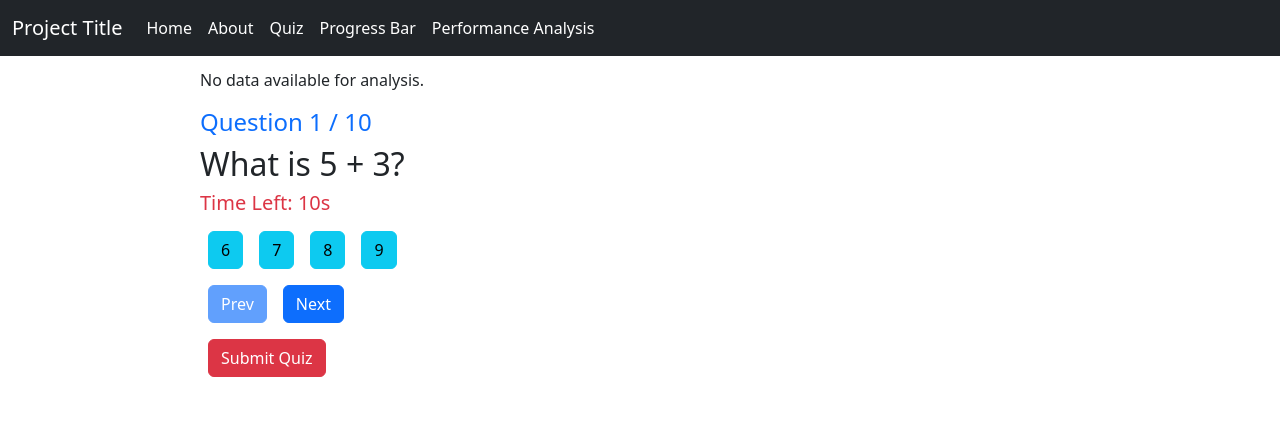
Repository: rahul-chakradhari/devquest
Page: /quiz (app in project/)
An editor plug-in stored every save of this project. The page is shown before and after the next save, followed by the edit.
The browser window is 1280 px wide. The pictures show the whole page.
The project was rebuilt for these pictures with package versions that can differ from the ones it lists, and the page was loaded fresh each time. Also part of the build but not shown: project/vite.config.js, project/src/components/Home.jsx, project/src/components/About.jsx, project/src/components/PerformanceAnalysis.jsx, project/src/index.css.

Above is the page before, as saved 2025-02-23 16:28:41.

### project/index.html
<!DOCTYPE html>
<html lang="en">
  <head>
    <meta charset="UTF-8" />
    <link rel="icon" type="image/svg+xml" href="/vite.svg" />
    <meta name="viewport" content="width=device-width, initial-scale=1.0" />
    <title>Project</title>
    <link
      href="https://cdn.jsdelivr.net/npm/bootstrap@5.3.3/dist/css/bootstrap.min.css"
      rel="stylesheet"
      integrity="sha384-QWTKZyjpPEjISv5WaRU9OFeRpok6YctnYmDr5pNlyT2bRjXh0JMhjY6hW+ALEwIH"
      crossorigin="anonymous"
    />
  </head>
  <body>
    <div id="root"></div>
    <script type="module" src="/src/main.jsx"></script>
    <script
      src="https://cdn.jsdelivr.net/npm/bootstrap@5.3.3/dist/js/bootstrap.bundle.min.js"
      integrity="sha384-YvpcrYf0tY3lHB60NNkmXc5s9fDVZLESaAA55NDzOxhy9GkcIdslK1eN7N6jIeHz"
      crossorigin="anonymous"
    ></script>
  </body>
</html>

### project/src/App.jsx
import { useState } from "react";
import "./App.css";
import React from "react";
import { BrowserRouter as Router, Routes, Route } from "react-router-dom";
import Navbar from "./components/Navbar";
import Home from "./components/Home";
import About from "./components/About";
import Quiz from "./components/Quiz";
import ProgressBar from "./components/ProgressBar";
import PerformanceAnalysis from "./components/PerformanceAnalysis";

function App() {
  const [count, setCount] = useState(0);
  const [questionStats, setQuestionStats] = useState({});
  return (
    <>
      <Router>
        <Navbar />
        <Routes>
          <Route path="/about" element={<About />} />
          <Route path="/" element={<Home />} />
          <Route path="/quiz" element={<Quiz />} />
          <Route path="/bar" element={<ProgressBar />} />
          <Route
            path="/ana"
            element={
              <PerformanceAnalysis questionStats={questionStats || {}} />
            }
          />
        </Routes>
      </Router>
    </>
  );
}

export default App;

### project/src/App.css
.right {
  width: 900px;
  height: 400px;
}
.stl,
.welcome {
  margin-left: 600px;
}
.left {
  font-size: 12px; /* Overall text size kam hoga */
}

.welcome {
  font-size: 18px; /* Heading ke liye */
}

.stl {
  font-size: 12px; /* Description text ke liye */
}
.welcome {
  margin-top: 2px;
}

.quiz-container {
  margin-left: 200px;
  margin-top: 12px;
}
.about {
  margin-left: 12px;
  margin-top: 12px;
}
.progress {
  margin-right: 142px;
}

### project/src/components/Navbar.jsx
import React from "react";
import { Link } from "react-router-dom";

const Navbar = () => {
  return (
    <nav className="navbar navbar-expand-lg navbar-dark bg-dark">
      <div className="container-fluid">
        <Link className="navbar-brand" to="/">
          Project Title
        </Link>
        <button
          className="navbar-toggler"
          type="button"
          data-bs-toggle="collapse"
          data-bs-target="#navbarSupportedContent"
          aria-controls="navbarSupportedContent"
          aria-expanded="false"
          aria-label="Toggle navigation"
        >
          <span className="navbar-toggler-icon"></span>
        </button>
        <div className="collapse navbar-collapse" id="navbarSupportedContent">
          <ul className="navbar-nav me-auto mb-2 mb-lg-0">
            <li className="nav-item">
              <Link className="nav-link active" to="/">
                Home
              </Link>
            </li>
            <li className="nav-item">
              <Link className="nav-link active" to="/about">
                About
              </Link>
            </li>
            <li className="nav-item">
              <Link className="nav-link active" to="/quiz">
                Quiz
              </Link>
            </li>
            <li className="nav-item">
              <Link className="nav-link active" to="/bar">
                Progress Bar
              </Link>
            </li>
            <li className="nav-item">
              <Link className="nav-link active" to="/ana">
                Performance Analysis
              </Link>
            </li>
          </ul>
        </div>
      </div>
    </nav>
  );
};

export default Navbar;

### project/src/components/Quiz.jsx
import React, { useState, useEffect } from "react";
import ProgressBar from "./ProgressBar";

const questions = [
  { question: "What is 5 + 3?", options: ["6", "7", "8", "9"], answer: "8" },
  { question: "What is 12 - 4?", options: ["6", "7", "8", "9"], answer: "8" },
  {
    question: "Solve: (2 + 3) × 4",
    options: ["20", "10", "25", "30"],
    answer: "20",
  },
  { question: "What is 9 ÷ 3?", options: ["1", "3", "9", "6"], answer: "3" },
  {
    question: "Solve: 15 - (4 + 3)",
    options: ["6", "8", "9", "12"],
    answer: "8",
  },
  {
    question: "What is 7 × 2?",
    options: ["10", "12", "14", "16"],
    answer: "14",
  },
  {
    question: "Solve: (8 + 2) ÷ 2",
    options: ["2", "4", "5", "6"],
    answer: "5",
  },
  {
    question: "What is 4 × 3 - 2?",
    options: ["10", "11", "12", "14"],
    answer: "10",
  },
  { question: "Solve: 6 + 4 ÷ 2", options: ["3", "5", "8", "10"], answer: "8" },
  { question: "What is 3²?", options: ["6", "9", "12", "15"], answer: "9" },
];

const Quiz = () => {
  const [currentQuestion, setCurrentQuestion] = useState(0);
  const [selectedAnswers, setSelectedAnswers] = useState({});
  const [timeLeft, setTimeLeft] = useState(10);
  const [score, setScore] = useState(null);
  const [correctCount, setCorrectCount] = useState(0);

  useEffect(() => {
    if (timeLeft === 0) {
      handleNext();
      return;
    }
    const timer = setTimeout(() => setTimeLeft(timeLeft - 1), 1000);
    return () => clearTimeout(timer);
  }, [timeLeft]);

  useEffect(() => {
    setTimeLeft(15);
  }, [currentQuestion]);

  const calculateCorrectAnswers = (answers) => {
    return questions.reduce((count, q, index) => {
      return count + (answers[index] === q.answer ? 1 : 0);
    }, 0);
  };

  const handleAnswerClick = (option) => {
    const newAnswers = { ...selectedAnswers, [currentQuestion]: option };
    setSelectedAnswers(newAnswers);
    setCorrectCount(calculateCorrectAnswers(newAnswers));
  };

  const handleNext = () => {
    if (currentQuestion < questions.length - 1) {
      setCurrentQuestion(currentQuestion + 1);
    }
  };

  const handlePrev = () => {
    if (currentQuestion > 0) {
      setCurrentQuestion(currentQuestion - 1);
    }
  };

  const handleSubmit = () => {
    setScore(correctCount);
  };

  return (
    <div className="quiz-container">
      <ProgressBar
        answeredQuestions={Object.keys(selectedAnswers).length}
        totalQuestions={questions.length}
        correctCount={correctCount}
      />

      {score === null ? (
        <>
          <h4 className="text-primary">
            Question {currentQuestion + 1} / {questions.length}
          </h4>
          <h2>{questions[currentQuestion].question}</h2>
          <h5 className="text-danger">Time Left: {timeLeft}s</h5>

          <div className="options mt-3">
            {questions[currentQuestion].options.map((option, index) => {
              const isSelected = selectedAnswers[currentQuestion] === option;
              return (
                <button
                  key={index}
                  type="button"
                  className={`btn ${
                    isSelected ? "btn-success" : "btn-info"
                  } mx-2`}
                  onClick={() => handleAnswerClick(option)}
                >
                  {option}
                </button>
              );
            })}
          </div>

          <div className="quiz-controls mt-3">
            <button
              type="button"
              className="btn btn-primary mx-2"
              onClick={handlePrev}
              disabled={currentQuestion === 0}
            >
              Prev
            </button>

            {currentQuestion < questions.length - 1 && (
              <button
                type="button"
                className="btn btn-primary mx-2"
                onClick={handleNext}
              >
                Next
              </button>
            )}
          </div>

          <div className="submit-section mt-3">
            <button
              type="button"
              className="btn btn-danger mx-2"
              onClick={handleSubmit}
            >
              Submit Quiz
            </button>
          </div>
        </>
      ) : (
        <>
          <h2 className="text-success">Quiz Completed!</h2>
          <h3 className="text-primary">
            Your Score: {score} / {questions.length}
          </h3>
        </>
      )}
    </div>
  );
};

export default Quiz;

### project/src/components/ProgressBar.jsx
import React from "react";

const PerformanceAnalysis = ({ questionStats = {} }) => {
  // Ensure questionStats is always an object
  if (!questionStats || typeof questionStats !== "object") {
    return <p className="text-red-600">Invalid data provided for analysis.</p>;
  }

  // If questionStats is empty, show a message instead of crashing
  const operationCounts = Object.entries(questionStats || {});

  if (operationCounts.length === 0) {
    return <p className="text-red-600">No data available for analysis.</p>;
  }

  // Finding max & min attempted operations
  const maxCount = Math.max(...Object.values(questionStats));
  const minCount = Math.min(...Object.values(questionStats));

  // Identify strengths (most attempted) and weaknesses (least attempted)
  const strengths = operationCounts
    .filter(([_, count]) => count === maxCount)
    .map(([operation]) => operation);

  const weaknesses = operationCounts
    .filter(([_, count]) => count === minCount)
    .map(([operation]) => operation);

  return (
    <div className="p-4 bg-white rounded-lg shadow-md">
      <h2 className="text-xl font-semibold">Final Score Summary</h2>

      <h3 className="mt-4 font-semibold text-green-600">Strengths</h3>
      <ul>
        {strengths.length > 0 ? (
          strengths.map((s, index) => <li key={index}>✅ {s}</li>)
        ) : (
          <li>None</li>
        )}
      </ul>

      <h3 className="mt-4 font-semibold text-red-600">Weaknesses</h3>
      <ul>
        {weaknesses.length > 0 ? (
          weaknesses.map((w, index) => <li key={index}>❌ {w}</li>)
        ) : (
          <li>None</li>
        )}
      </ul>
    </div>
  );
};

export default PerformanceAnalysis;

Loaded but not shown: project/src/main.jsx (common file)

After the next save:
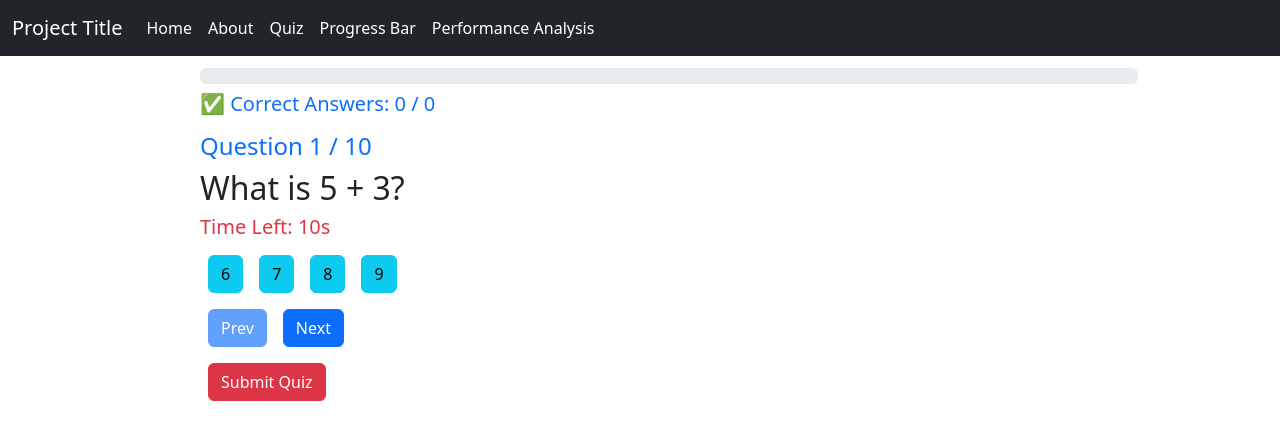
Saved 14 s later.
--- a/project/src/components/ProgressBar.jsx
+++ b/project/src/components/ProgressBar.jsx
@@ -1,54 +1,24 @@
 import React from "react";
 
-const PerformanceAnalysis = ({ questionStats = {} }) => {
-  // Ensure questionStats is always an object
-  if (!questionStats || typeof questionStats !== "object") {
-    return <p className="text-red-600">Invalid data provided for analysis.</p>;
-  }
-
-  // If questionStats is empty, show a message instead of crashing
-  const operationCounts = Object.entries(questionStats || {});
-
-  if (operationCounts.length === 0) {
-    return <p className="text-red-600">No data available for analysis.</p>;
-  }
-
-  // Finding max & min attempted operations
-  const maxCount = Math.max(...Object.values(questionStats));
-  const minCount = Math.min(...Object.values(questionStats));
-
-  // Identify strengths (most attempted) and weaknesses (least attempted)
-  const strengths = operationCounts
-    .filter(([_, count]) => count === maxCount)
-    .map(([operation]) => operation);
-
-  const weaknesses = operationCounts
-    .filter(([_, count]) => count === minCount)
-    .map(([operation]) => operation);
+const ProgressBar = ({ answeredQuestions, totalQuestions, correctCount }) => {
+  const progressPercentage = (answeredQuestions / totalQuestions) * 100;
 
   return (
-    <div className="p-4 bg-white rounded-lg shadow-md">
-      <h2 className="text-xl font-semibold">Final Score Summary</h2>
-
-      <h3 className="mt-4 font-semibold text-green-600">Strengths</h3>
-      <ul>
-        {strengths.length > 0 ? (
-          strengths.map((s, index) => <li key={index}>✅ {s}</li>)
-        ) : (
-          <li>None</li>
-        )}
-      </ul>
-
-      <h3 className="mt-4 font-semibold text-red-600">Weaknesses</h3>
-      <ul>
-        {weaknesses.length > 0 ? (
-          weaknesses.map((w, index) => <li key={index}>❌ {w}</li>)
-        ) : (
-          <li>None</li>
-        )}
-      </ul>
+    <div className="progress-container mb-3">
+      <div className="progress">
+        <div
+          className="progress-bar bg-success"
+          role="progressbar"
+          style={{ width: `${progressPercentage}%` }}
+        >
+          {answeredQuestions} / {totalQuestions} Answered
+        </div>
+      </div>
+      <h5 className="text-primary mt-2">
+        ✅ Correct Answers: {correctCount} / {answeredQuestions}
+      </h5>
     </div>
   );
 };
 
-export default PerformanceAnalysis;
+export default ProgressBar;
